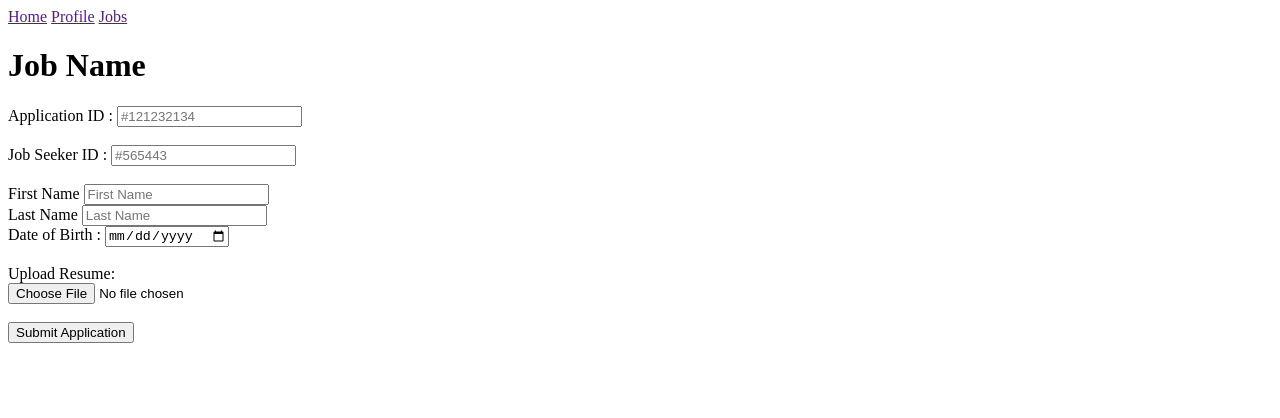
Repository: IT21221064/JobPortal
Page: http://localhost/JobApp/addProfile.jsp
An editor plug-in stored every save of this project. The page is shown before and after the next save, followed by the edit.
The browser window is 1280 px wide. The pictures show the whole page.
The page is served by Tomcat 9.

Above is the page before, as saved 2023-07-15 17:32:00.

### Project/JobApp/src/main/webapp/addProfile.jsp
<%@ page language="java" contentType="text/html; charset=ISO-8859-1"
    pageEncoding="ISO-8859-1"%>
<!DOCTYPE html>
<html>
<head>
<meta charset="ISO-8859-1">
<title>Insert title here</title>
</head>
<body>
<%@include file="nav.html" %>
<form method="post" action="#">
<h1>Job Name</h1>
<label for="aID">Application ID : </label>
<input type="text" name="aID" id="aID" placeholder="#121232134"><br><br>

<label for="jID">Job Seeker ID : </label>
<input type="text" name="jID" id="jID" placeholder="#565443"><br><br>

 <input value="id" type="hidden" name="user_id"/>
                <label>First Name</label>
                <input name="fname" class="form-control" placeholder="First Name" /><br>

                <label>Last Name</label>
                <input name="lname"  class="form-control" placeholder="Last Name" /><br>
<label for ="dob">Date of Birth : </label>
<input type="date" name="dob" id="dob"><br><br>

<label for="cv">Upload Resume: </label><br>

<input type="file" name="cv" id="cv"><br><br>

<input type="submit" value="Submit Application"><br><br>

</form>

</body>
</html>

### Project/JobApp/src/main/webapp/nav.html
<nav>
	<a href="">Home</a>
	<a href="">Profile</a>
	<a href="">Jobs</a>
</nav>

After the next save:
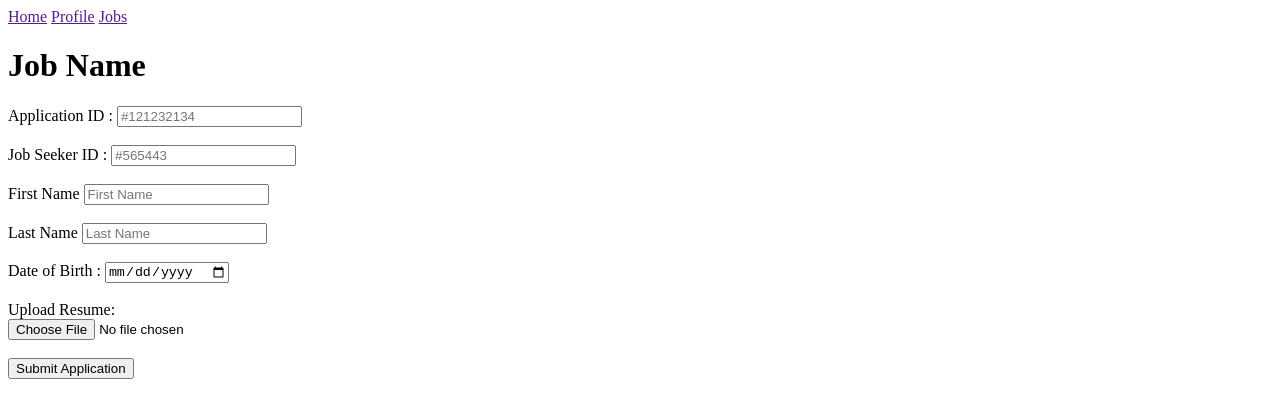
Saved 27 s later.
--- a/Project/JobApp/src/main/webapp/addProfile.jsp
+++ b/Project/JobApp/src/main/webapp/addProfile.jsp
@@ -18,10 +18,10 @@
 
  <input value="id" type="hidden" name="user_id"/>
                 <label>First Name</label>
-                <input name="fname" class="form-control" placeholder="First Name" /><br>
+                <input name="fname" class="form-control" placeholder="First Name" /><br><br>
 
                 <label>Last Name</label>
-                <input name="lname"  class="form-control" placeholder="Last Name" /><br>
+                <input name="lname"  class="form-control" placeholder="Last Name" /><br><br>
 <label for ="dob">Date of Birth : </label>
 <input type="date" name="dob" id="dob"><br><br>
 
